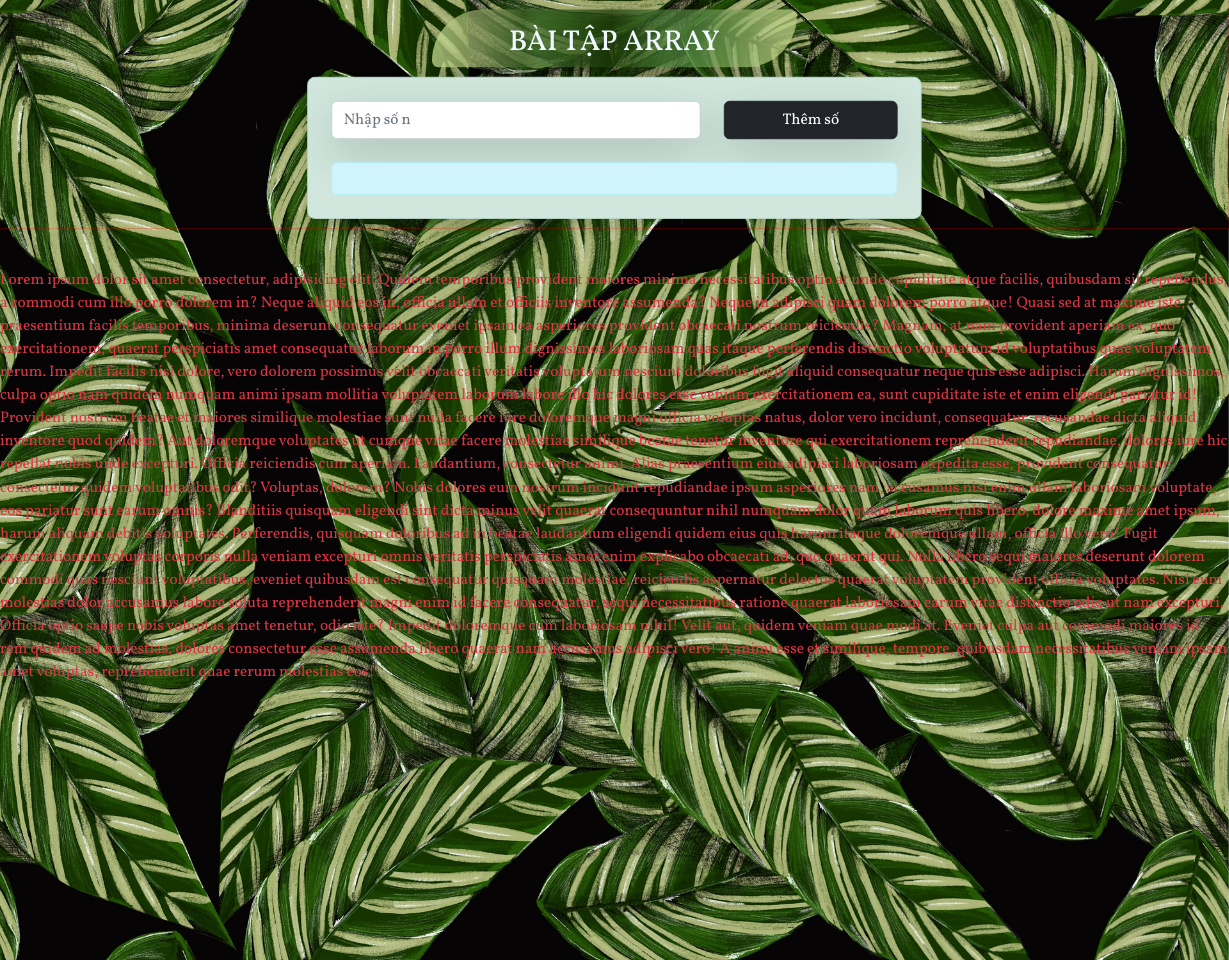
Repository: hcozyph/TranHuuPhuoc_BC43_BT_JS_Buoi7_8_ARRAY
Page: index.html
The author's editor kept a copy of each file at every save. The page is drawn from the files as they stood at one save, then again after the next save.
The browser window is 1280 px wide. The pictures show the whole page, at 96% of full size.
Backgrounds fixed to the window are drawn as part of the page.

Above is the page before, as saved 2023-02-21 16:42:06.

### index.html
<!DOCTYPE html>
<html lang="en">
    <head>
        <title>BT Array</title>
        <!-- Required meta tags -->
        <meta charset="utf-8" />
        <meta
            name="viewport"
            content="width=device-width, initial-scale=1, shrink-to-fit=no"
        />
        <!-- font -->
        <link rel="preconnect" href="https://fonts.googleapis.com" />
        <link rel="preconnect" href="https://fonts.gstatic.com" crossorigin />
        <link
            href="https://fonts.googleapis.com/css2?family=Fraunces:ital,opsz,wght@0,9..144,600;0,9..144,700;1,9..144,300;1,9..144,400;1,9..144,500;1,9..144,600;1,9..144,700;1,9..144,800&family=Vollkorn:ital,wght@0,400;0,500;0,600;0,700;0,800;0,900;1,400;1,500;1,600;1,700;1,800;1,900&display=swap"
            rel="stylesheet"
        />
        <!-- Bootstrap CSS v5.2.1 -->
        <link
            href="https://cdn.jsdelivr.net/npm/bootstrap@5.2.1/dist/css/bootstrap.min.css"
            rel="stylesheet"
            integrity="sha384-iYQeCzEYFbKjA/T2uDLTpkwGzCiq6soy8tYaI1GyVh/UjpbCx/TYkiZhlZB6+fzT"
            crossorigin="anonymous"
        />

        <!-- index.css -->
        <link rel="stylesheet" href="./css/index.css" />
    </head>

    <body>
        <div class="container">
            <div class="bt-array-top">
                <div class="bt-array-title pt-2 shadow-lg">
                    <h1
                        class="text-center shadow-lg p-2"
                        ;
                        style="font-size: 30px"
                    >
                        BÀI TẬP ARRAY
                    </h1>
                </div>

                <div
                    id="mainArray"
                    class="alert alert-success w-50 text-center rounded-3 shadow p-4"
                    style="margin: 10px auto"
                >
                    <div class="row row-cols-3">
                        <div class="col-8">
                            <input
                                id="user-input"
                                type="number"
                                class="form-control shadow-lg py-2"
                                placeholder="Nhập số n"
                                style="height: 100%"
                            />
                        </div>
                        <div class="col">
                            <button
                                id="user-btn"
                                class="btn btn-dark shadow-lg"
                                style="height: 100%; width: 100%"
                            >
                                Thêm số
                            </button>
                        </div>
                    </div>

                    <div
                        class="alert alert-info mt-4 mb-0"
                        style="display: block"
                        role="alert"
                    >
                        <span id="user-array" style="display: block"></span>
                    </div>
                </div>
            </div>

            <div class="bt-array-content">
                <div class="text-danger">
                    Lorem ipsum dolor sit amet consectetur, adipisicing elit.
                    Quidem temporibus provident maiores minima necessitatibus
                    optio at unde cupiditate atque facilis, quibusdam sit
                    repellendus, a commodi cum illo porro dolorem in? Neque
                    aliquid eos in, officia ullam et officiis inventore
                    assumenda? Neque in adipisci quam dolorem porro atque! Quasi
                    sed at maxime iste, praesentium facilis temporibus, minima
                    deserunt consequatur eveniet ipsam ea asperiores provident
                    obcaecati nostrum reiciendis? Magnam, at nam provident
                    aperiam ex, quo exercitationem, quaerat perspiciatis amet
                    consequatur laborum in porro illum dignissimos laboriosam
                    quas itaque perferendis distinctio voluptatum id
                    voluptatibus quae voluptatem rerum. Impedit facilis nisi
                    dolore, vero dolorem possimus velit obcaecati veritatis
                    voluptatum nesciunt doloribus fugit aliquid consequatur
                    neque quis esse adipisci. Harum dignissimos, culpa optio nam
                    quidem numquam animi ipsam mollitia voluptatem laborum
                    labore illo hic dolores esse veniam exercitationem ea, sunt
                    cupiditate iste et enim eligendi pariatur id! Provident
                    nostrum beatae et maiores similique molestiae sunt nulla
                    facere iure doloremque magni officia voluptas natus, dolor
                    vero incidunt, consequatur, recusandae dicta aliquid
                    inventore quod quidem? Aut doloremque voluptates ut cumque
                    vitae facere molestiae similique beatae tenetur inventore
                    qui exercitationem reprehenderit repudiandae, dolores iure
                    hic repellat nobis unde excepturi. Officia reiciendis cum
                    aperiam. Laudantium, consectetur animi. Alias praesentium
                    eius adipisci laboriosam expedita esse, provident
                    consequatur consectetur quidem voluptatibus odit? Voluptas,
                    dolorem? Nobis dolores eum nostrum incidunt repudiandae
                    ipsum asperiores nam, accusamus nisi enim ullam laboriosam
                    voluptate, eos pariatur sunt earum omnis? Blanditiis
                    quisquam eligendi sint dicta minus velit quaerat
                    consequuntur nihil numquam dolor quam laborum quis libero,
                    dolore maxime amet ipsum, harum aliquam debitis voluptates.
                    Perferendis, quisquam doloribus ad in beatae laudantium
                    eligendi quidem eius quis harum itaque doloremque ullam,
                    officia illo vero! Fugit exercitationem voluptas corporis
                    nulla veniam excepturi omnis veritatis perspiciatis amet
                    enim explicabo obcaecati ad, quo quaerat qui. Nulla libero
                    sequi maiores deserunt dolorem commodi quas nesciunt
                    voluptatibus, eveniet quibusdam est consequatur quisquam
                    molestiae, reiciendis aspernatur delectus quaerat voluptatem
                    provident officia voluptates. Nisi eum molestias dolor
                    accusamus labore soluta reprehenderit magni enim id facere
                    consequatur, sequi necessitatibus ratione quaerat laboriosam
                    earum vitae distinctio odio ut nam excepturi. Officia optio
                    saepe nobis voluptas amet tenetur, odio iste? Impedit
                    doloremque cum laboriosam nihil! Velit aut, quidem veniam
                    quae modi at. Eveniet culpa aut commodi maiores id rem
                    quidem ad molestias, dolores consectetur esse assumenda
                    libero quaerat nam accusamus adipisci vero! A animi esse et
                    similique, tempore, quibusdam necessitatibus veniam ipsam
                    amet voluptas, reprehenderit quae rerum molestias eos!
                </div>
                <div class="bt1"></div>
            </div>
        </div>

        <!-- Bootstrap JavaScript Libraries -->
        <script
            src="https://cdn.jsdelivr.net/npm/@popperjs/core@2.11.6/dist/umd/popper.min.js"
            integrity="sha384-oBqDVmMz9ATKxIep9tiCxS/Z9fNfEXiDAYTujMAeBAsjFuCZSmKbSSUnQlmh/jp3"
            crossorigin="anonymous"
        ></script>

        <script
            src="https://cdn.jsdelivr.net/npm/bootstrap@5.2.1/dist/js/bootstrap.min.js"
            integrity="sha384-7VPbUDkoPSGFnVtYi0QogXtr74QeVeeIs99Qfg5YCF+TidwNdjvaKZX19NZ/e6oz"
            crossorigin="anonymous"
        ></script>

        <!-- method.js -->
        <link rel="stylesheet" href="./js/method.js" />

        <!-- index.js -->
        <script src="./js/index.js"></script>
    </body>
</html>

### css/index.css
* {
    margin: 0;
    padding: 0;
    box-sizing: border-box;
    font-family: "Fraunces", serif;
    font-family: "Vollkorn", serif;
}

.container {
    margin: 0 auto;
    max-width: 1440px;
    overflow: hidden;
    padding: 0;

    background-image: url(../img/2.jpg);
    background-size: cover;
    background-position: inherit;
    background-repeat: no-repeat;
    background-attachment: fixed;

    height: 1000px;
    position: relative;
}

.bt-array-title {
    display: block;
    width: 380px;
    margin: 0 auto;
    border-radius: 80px 10px 80px 10px;

    font-size: 40px;
    font-weight: 700;
    /* background-color: red; */
    color: aliceblue;
    background: rgb(156, 173, 110);
    background: linear-gradient(
        90deg,
        rgba(198, 219, 142, 0.75) 0%,
        rgba(156, 173, 110, 0.75) 10%,
        rgba(60, 94, 39, 0.75) 25%,
        rgba(68, 112, 49, 0.75) 29%,
        rgba(27, 57, 5, 0.75) 49%,
        rgba(66, 114, 50, 0.75) 63%,
        rgba(90, 139, 69, 0.75) 74%,
        rgba(184, 203, 130, 0.75) 95%
    );
}

.bt-array-top {
    position: fixed;
    width: 100%;
    padding-top: 10px;
    background-color: red;

    background-image: url(../img/2.jpg);
    background-size: cover;
    background-position: inherit;
    background-repeat: no-repeat;
    background-attachment: fixed;
}

.bt-array-content {
    padding-top: 280px;
}

### js/index.js
/*create-array*/
var mainArray = [];

document.getElementById('user-btn').onclick = function(){
    //input: userInput
    var userInput = Number(document.getElementById('user-input').value);

    //output: mainArray

    //process
    mainArray.push(userInput);

    document.getElementById('user-array').innerHTML = mainArray;


}




/*End-create-array*/

Loaded but not shown: js/method.js (no stored copy; drawn as an empty file)

After the next save:
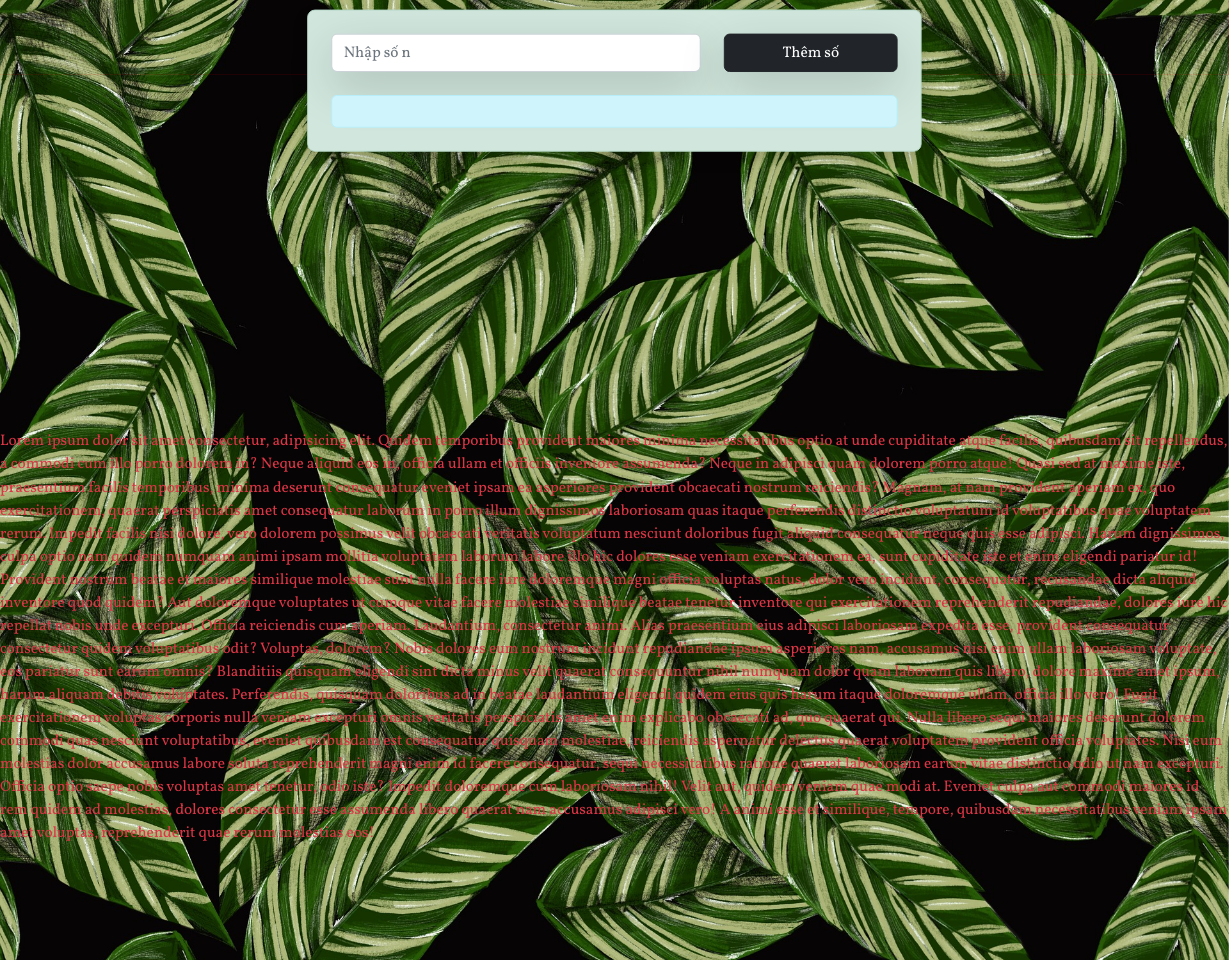
Saved 51 s later.
--- a/index.html
+++ b/index.html
@@ -39,43 +39,42 @@
                         BÀI TẬP ARRAY
                     </h1>
                 </div>
+            </div>
+
+            <div
+                id="mainArray"
+                class="alert alert-success w-50 text-center rounded-3 shadow p-4"
+                style="margin: 10px auto"
+            >
+                <div class="row row-cols-3">
+                    <div class="col-8">
+                        <input
+                            id="user-input"
+                            type="number"
+                            class="form-control shadow-lg py-2"
+                            placeholder="Nhập số n"
+                            style="height: 100%"
+                        />
+                    </div>
+                    <div class="col">
+                        <button
+                            id="user-btn"
+                            class="btn btn-dark shadow-lg"
+                            style="height: 100%; width: 100%"
+                        >
+                            Thêm số
+                        </button>
+                    </div>
+                </div>
 
                 <div
-                    id="mainArray"
-                    class="alert alert-success w-50 text-center rounded-3 shadow p-4"
-                    style="margin: 10px auto"
+                    class="alert alert-info mt-4 mb-0"
+                    style="display: block"
+                    role="alert"
                 >
-                    <div class="row row-cols-3">
-                        <div class="col-8">
-                            <input
-                                id="user-input"
-                                type="number"
-                                class="form-control shadow-lg py-2"
-                                placeholder="Nhập số n"
-                                style="height: 100%"
-                            />
-                        </div>
-                        <div class="col">
-                            <button
-                                id="user-btn"
-                                class="btn btn-dark shadow-lg"
-                                style="height: 100%; width: 100%"
-                            >
-                                Thêm số
-                            </button>
-                        </div>
-                    </div>
-
-                    <div
-                        class="alert alert-info mt-4 mb-0"
-                        style="display: block"
-                        role="alert"
-                    >
-                        <span id="user-array" style="display: block"></span>
-                    </div>
+                    <span id="user-array" style="display: block"></span>
                 </div>
             </div>
-
             <div class="bt-array-content">
                 <div class="text-danger">
                     Lorem ipsum dolor sit amet consectetur, adipisicing elit.
